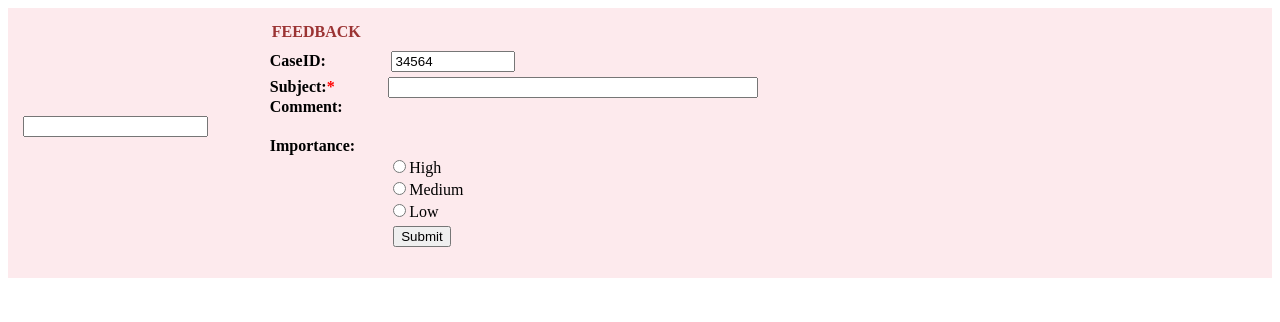
Repository: vRia4/INST728J-Victoria-Nathaniel
Page: Assignments/feedback.html
These files come from the project's save history. The page is drawn as it stood at one moment and after the next save; the edit follows.
The browser window is 1280 px wide. The pictures show the whole page.

Above is the page before, as saved 2023-07-25 11:55:34.

### Assignments/feedback.html
<html>
<head>
<title>Feedback</title>
<head>
    <style>
        .wrapper {
            background-color:rgb(253, 234, 237);
            padding: 15px;

        }

        .title {
            color:#9B3333;
            margin-left: 20%;
            margin-bottom: 10px;
            font-weight: bold;
        }

        label {
            margin-left: 20%;
            font-weight: bold;
        }

        input[type="num"] {
            width: 10%;
            margin-left: 5%;
        }

        input[type="class"] {
            width: 30%;
            margin-left: 4.4%;
            margin-top: 5px;
        }

        input[type="class"] {
            width: 30%;
            margin-left: 4%;
            margin-top: 5px;
            /* width: 19%;
            margin-left: 30%;
            padding: 0px;
            margin-top: 5px; */
        }

        input[type="radio"], input[type="submit"]{
        margin-left: 30%;
        margin-top: 5px;
        }

    </style>
</head>
<body>
    <div class="wrapper">
        <legend class="title">FEEDBACK</legend>

        <form name="myFirstForm" method="post" action="ThankYou.html">
            <label for="caseID" > CaseID: </label>
	        <input type="num" value="34564"><br>

            <label for="subject">Subject:<span style="color: red;">*</label>
            <input type="class" placeholder=" "> </br>

            <!-- <div> -->
                <label for="comment">Comment:</label> <br>
                <input type="comment" placeholder=" "> </br>
                <!-- <textarea id="comment" name="comment" rows="10" cols="30"></textarea> </br> -->
            <!-- </div> -->

            <label for="importance"> Importance:</label><br>
            <input type="radio" name="value">High </br>
            <input type="radio" name="value">Medium </br>
            <input type="radio" name="value">Low </br>

            <div>
                <input type="submit" value="Submit">
            </div>
        </form>
    </div>

</body>
</html>

After the next save:
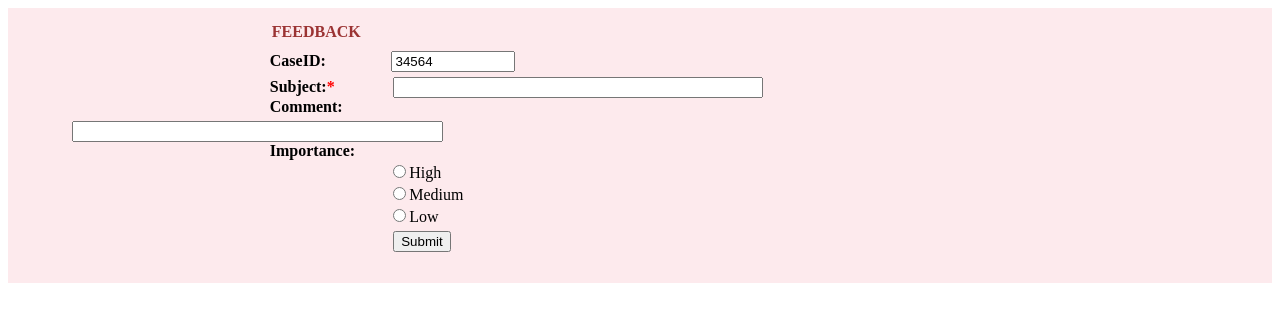
Saved 4 s later.
--- a/Assignments/feedback.html
+++ b/Assignments/feedback.html
@@ -32,7 +32,7 @@
             margin-top: 5px;
         }
 
-        input[type="class"] {
+        input[type="comment"] {
             width: 30%;
             margin-left: 4%;
             margin-top: 5px;
